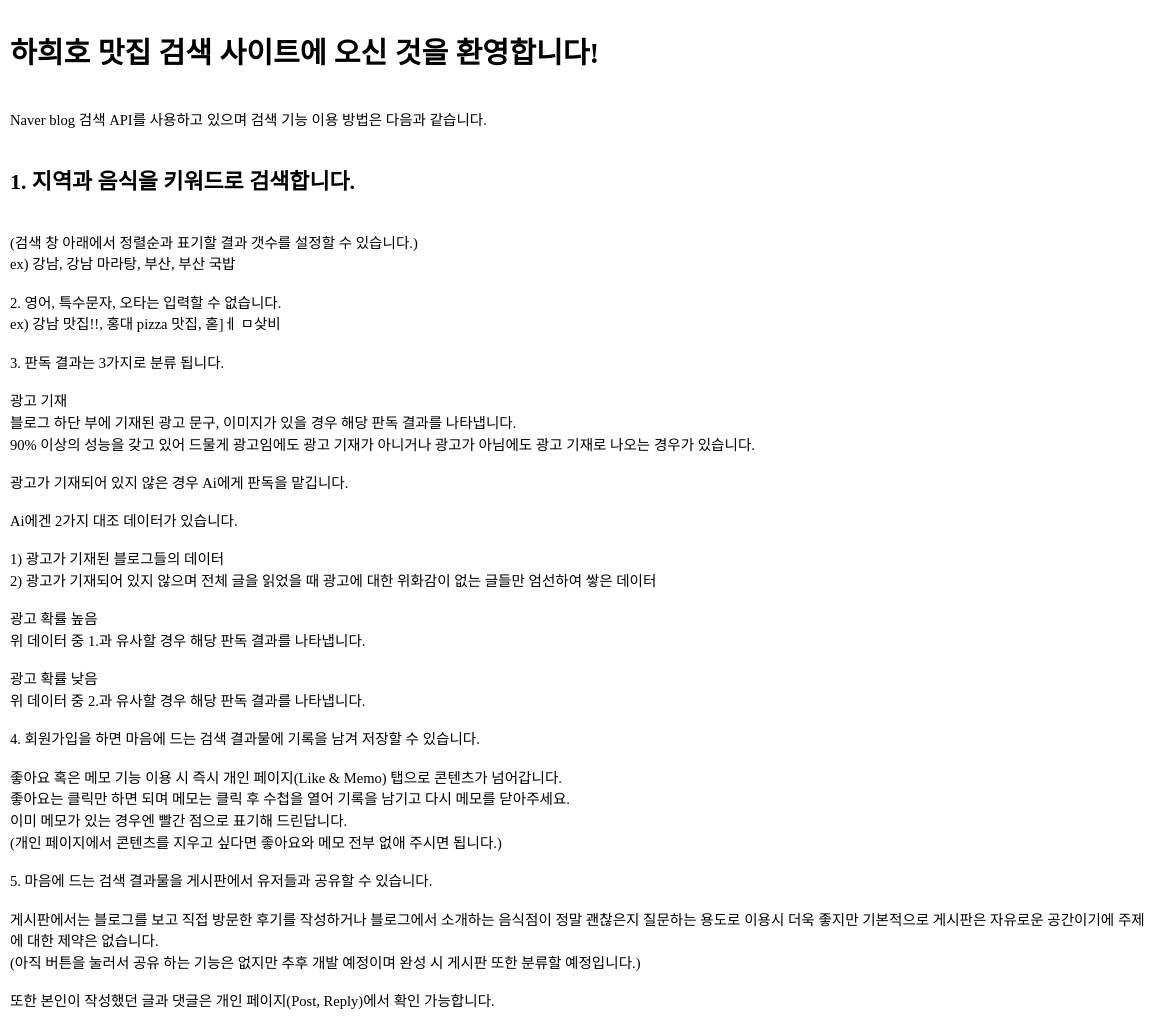
Repository: GOHO97/Haheeho
Page: http://localhost/Haheeho_Adblock/WEB-INF/views/main/main.jsp
An editor plug-in stored every save of this project. The page is shown before and after the next save, followed by the edit.
The browser window is 1280 px wide. The pictures show the whole page, at 91% of full size.
The page is served by Tomcat 9. Nobody is signed in. Other server files are loaded and not shown. The template is opened directly, without the code that normally fills it, so the values that code supplies are empty.

Above is the page before, as saved 2022-11-11 05:11:18.

### Haheeho_Adblock/src/main/webapp/WEB-INF/views/main/main.jsp
<%@ page language="java" contentType="text/html; charset=UTF-8"
	pageEncoding="UTF-8"%>
<%@ taglib prefix="c" uri="http://java.sun.com/jsp/jstl/core"%>
<!DOCTYPE html>
<html>
<head>
<meta charset="UTF-8">
<title>Insert title here</title>
</head>
<body>
		<div id="mainSearchResultDiv" style="display: none;"></div>
		<table>
			<tr>
				<td>
					<h1>하희호 맛집 검색 사이트에 오신 것을 환영합니다!</h1>
					<br>
					Naver blog 검색 API를 사용하고 있으며 검색 기능 이용 방법은 다음과 같습니다.<br>
					<br>
					<h2>1. 지역과 음식을 키워드로 검색합니다.</h2><br>
					(검색 창 아래에서 정렬순과 표기할 결과 갯수를 설정할 수 있습니다.)<br>
					ex) 강남, 강남 마라탕, 부산, 부산 국밥<br>
					<br>
					2. 영어, 특수문자, 오타는 입력할 수 없습니다.<br>
					ex) 강남 맛집!!, 홍대 pizza 맛집, 혿]ㅔ ㅁ샂비<br>
					<br>
					3. 판독 결과는 3가지로 분류 됩니다.<br>
					<br>
					광고 기재<br>
					블로그 하단 부에 기재된 광고 문구, 이미지가 있을 경우 해당 판독 결과를 나타냅니다.<br>
					90% 이상의 성능을 갖고 있어 드물게 광고임에도 광고 기재가 아니거나 광고가 아님에도 광고 기재로 나오는 경우가 있습니다.<br>
					<br>
					광고가 기재되어 있지 않은 경우 Ai에게 판독을 맡깁니다.<br>
					<br>
					Ai에겐 2가지 대조 데이터가 있습니다.<br>
					<br>
					1) 광고가 기재된 블로그들의 데이터<br>
					2) 광고가 기재되어 있지 않으며 전체 글을 읽었을 때 광고에 대한 위화감이 없는 글들만 엄선하여 쌓은 데이터<br>
					<br>
					광고 확률 높음<br>
					위 데이터 중 1.과 유사할 경우 해당 판독 결과를 나타냅니다.<br>
					<br>
					광고 확률 낮음<br>
					위 데이터 중 2.과 유사할 경우 해당 판독 결과를 나타냅니다.<br>
					<br>
					4. 회원가입을 하면 마음에 드는 검색 결과물에 기록을 남겨 저장할 수 있습니다.<br>
					<br>
					좋아요 혹은 메모 기능 이용 시 즉시 개인 페이지(Like & Memo) 탭으로 콘텐츠가 넘어갑니다.<br>
					좋아요는 클릭만 하면 되며 메모는 클릭 후 수첩을 열어 기록을 남기고 다시 메모를 닫아주세요.<br>
					이미 메모가 있는 경우엔 빨간 점으로 표기해 드린답니다.<br>
					(개인 페이지에서 콘텐츠를 지우고 싶다면 좋아요와 메모 전부 없애 주시면 됩니다.)<br>
					<br>
					5. 마음에 드는 검색 결과물을 게시판에서 유저들과 공유할 수 있습니다.<br>
					<br>
					게시판에서는 블로그를 보고 직접 방문한 후기를 작성하거나 블로그에서 소개하는 음식점이 정말 괜찮은지 질문하는 용도로 이용시 더욱 좋지만 기본적으로 게시판은 자유로운 공간이기에 주제에 대한 제약은 없습니다.<br>
					(아직 버튼을 눌러서 공유 하는 기능은 없지만 추후 개발 예정이며 완성 시 게시판 또한 분류할 예정입니다.)<br>
					<br>
					또한 본인이 작성했던 글과 댓글은 개인 페이지(Post, Reply)에서 확인 가능합니다.
				</td>
			</tr>
		</table>
		<table id="postArea" >
			<tr>
				<td>
					<c:forEach var="p" begin="0" end="100">
						<table id="post${p }" class="posts" style="display: none;">
							<tr>
								<td class="adAlertTd" align="center" id="postLabel${p }">
									판독중
								</td>
								<td class="imgTd" align="left">
									<img id="postImg${p }" src="resources/img/ready.PNG" class="photo">
								</td>
								<td></td>
								<td></td>
							</tr>
							<tr>
								<td class="mpTitle" colspan="4" align="center" class="blogName">
									<a id="postBlogName${p }"></a>
								</td>
							</tr>
							<tr>
								<td class="mpDate" colspan="4" align="right" id="postDate${p }">
								</td>
							</tr>
							<tr>
								<td class="mpContent" colspan="4"  id="postContent${p }">
								</td>
							</tr>
							<tr>
								<td class="mptd" colspan="2">
									<textarea class="memo" id="memo${p }" style="display: none;"></textarea>
								</td>
								<td class="mpMemo" align="right">
									<img src="resources/img/closeMemo.png" onclick="clickMemoButton(${p })" id="memoButton${p }" style="max-width: 70px;">
								</td>
								<td class="mpHeart" align="right">
									<img onclick="clickLikeUpButton(this.id)" id="${p }" class="likeButton"
										src="resources/img/emptyHeart.PNG" style="max-width: 50px;">
									<span id="likeCount${p }"></span>
								</td>
							</tr>
						</table>
					</c:forEach>
				</td>
			</tr>
		</table>
</body>

After the next save:
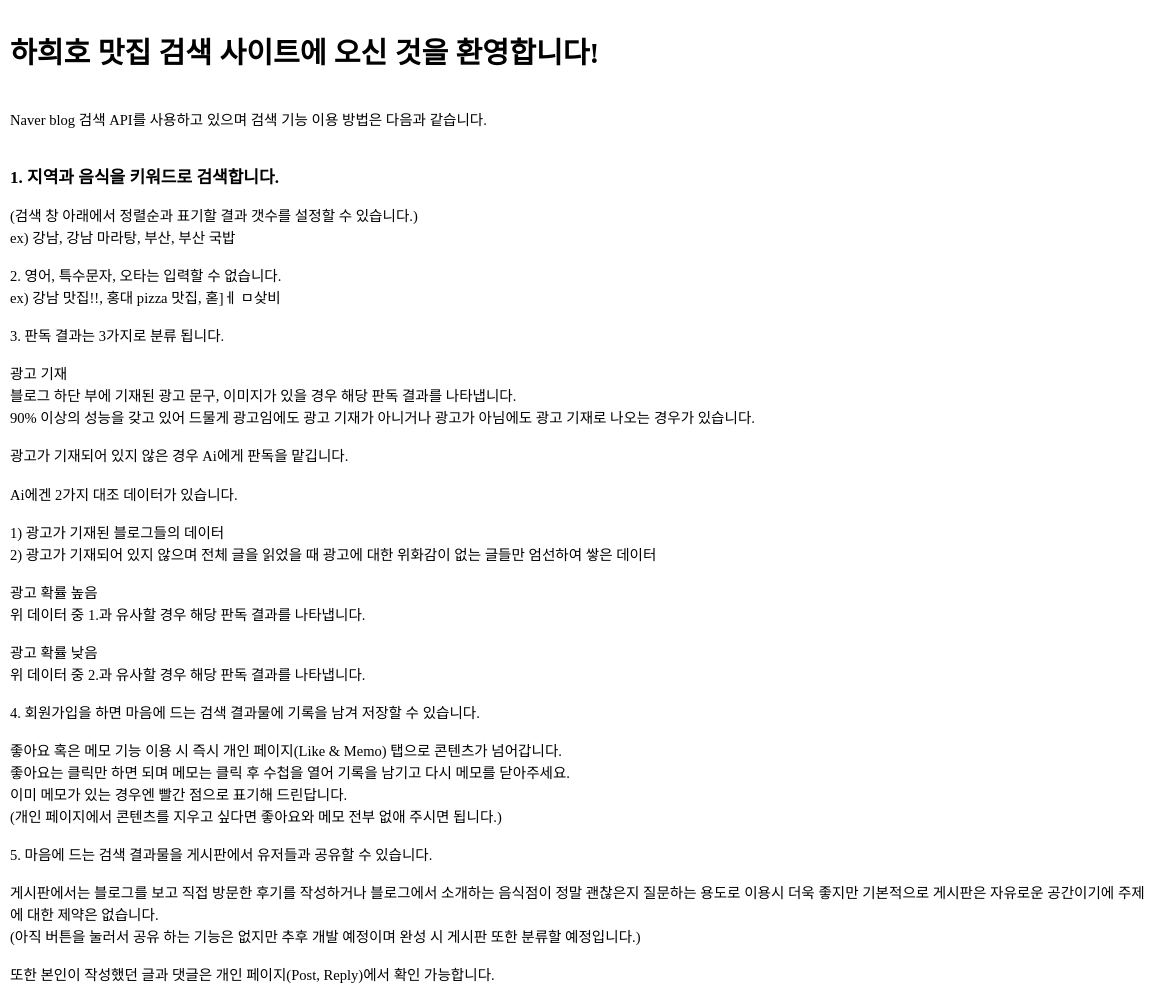
Saved 17 s later.
--- a/Haheeho_Adblock/src/main/webapp/WEB-INF/views/main/main.jsp
+++ b/Haheeho_Adblock/src/main/webapp/WEB-INF/views/main/main.jsp
@@ -16,7 +16,7 @@
 					<br>
 					Naver blog 검색 API를 사용하고 있으며 검색 기능 이용 방법은 다음과 같습니다.<br>
 					<br>
-					<h2>1. 지역과 음식을 키워드로 검색합니다.</h2><br>
+					<h3>1. 지역과 음식을 키워드로 검색합니다.</h3>
 					(검색 창 아래에서 정렬순과 표기할 결과 갯수를 설정할 수 있습니다.)<br>
 					ex) 강남, 강남 마라탕, 부산, 부산 국밥<br>
 					<br>
